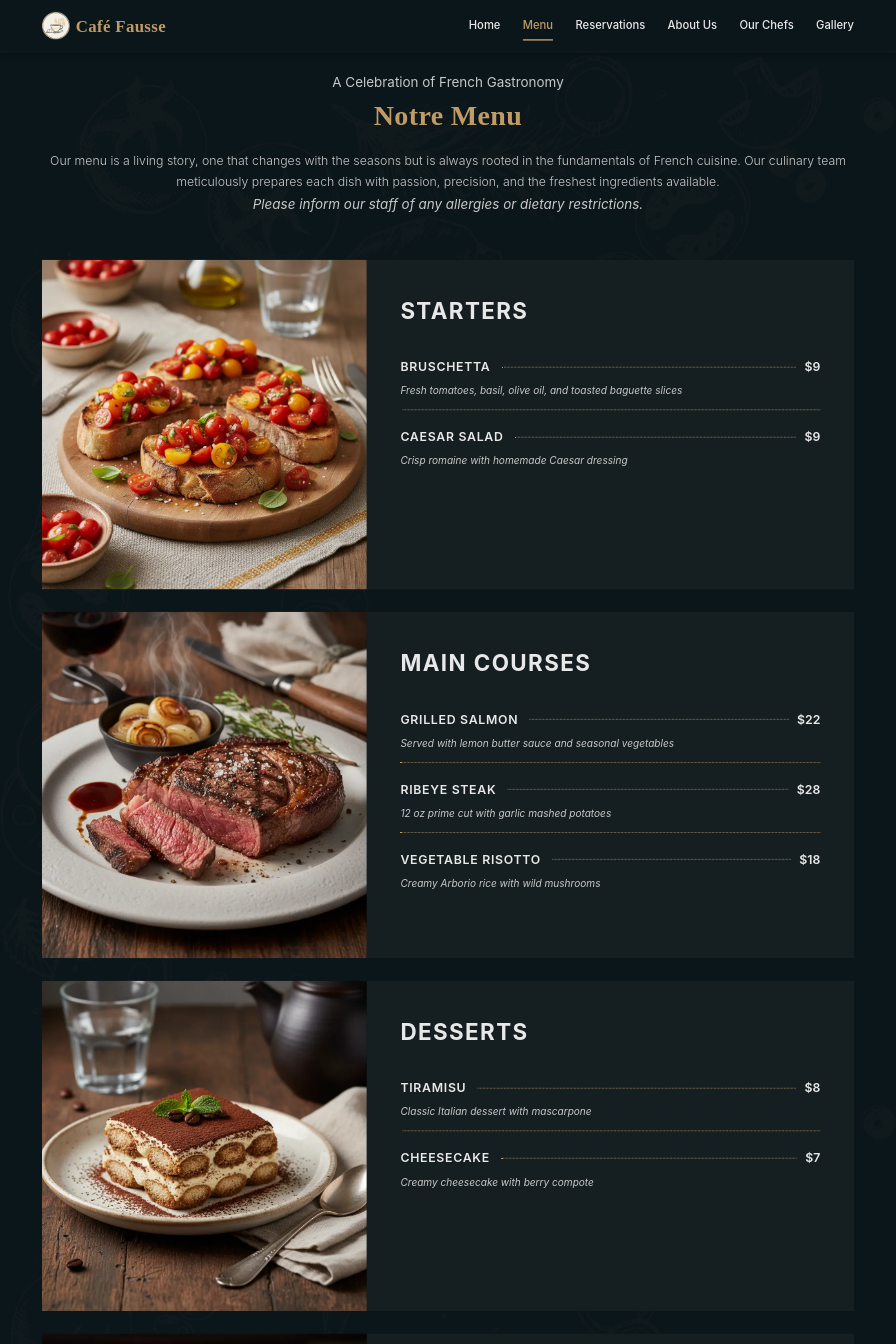
Repository: MatVanDenArt/MSSE-Cafe-Fausse
Page: /menu (app in frontend/)
The author's editor kept a copy of each file at every save. The page is drawn from the files as they stood at one save, then again after the next save.
The browser window is 1280 px wide. The pictures show the part of the page from y = 0 to 1920 px (the page is 2933 px tall before and 3030 px after), at 70% of full size.
The page's requests for data from a server got no answer. Backgrounds fixed to the window are drawn as part of the page. The project was rebuilt for these pictures with package versions that can differ from the ones it lists, and the page was loaded fresh each time. No one was signed in, and anything a server would have sent is missing. Also part of the build but not shown: frontend/src/pages/Home.css, frontend/src/pages/Home.js, frontend/src/pages/Reservations.css, frontend/src/pages/Reservations.js, frontend/src/pages/About.css, frontend/src/pages/About.js, frontend/src/pages/Gallery.css, frontend/src/pages/Gallery.js.

Above is the page before, as saved 2025-11-05 15:23:49.

After the next save:
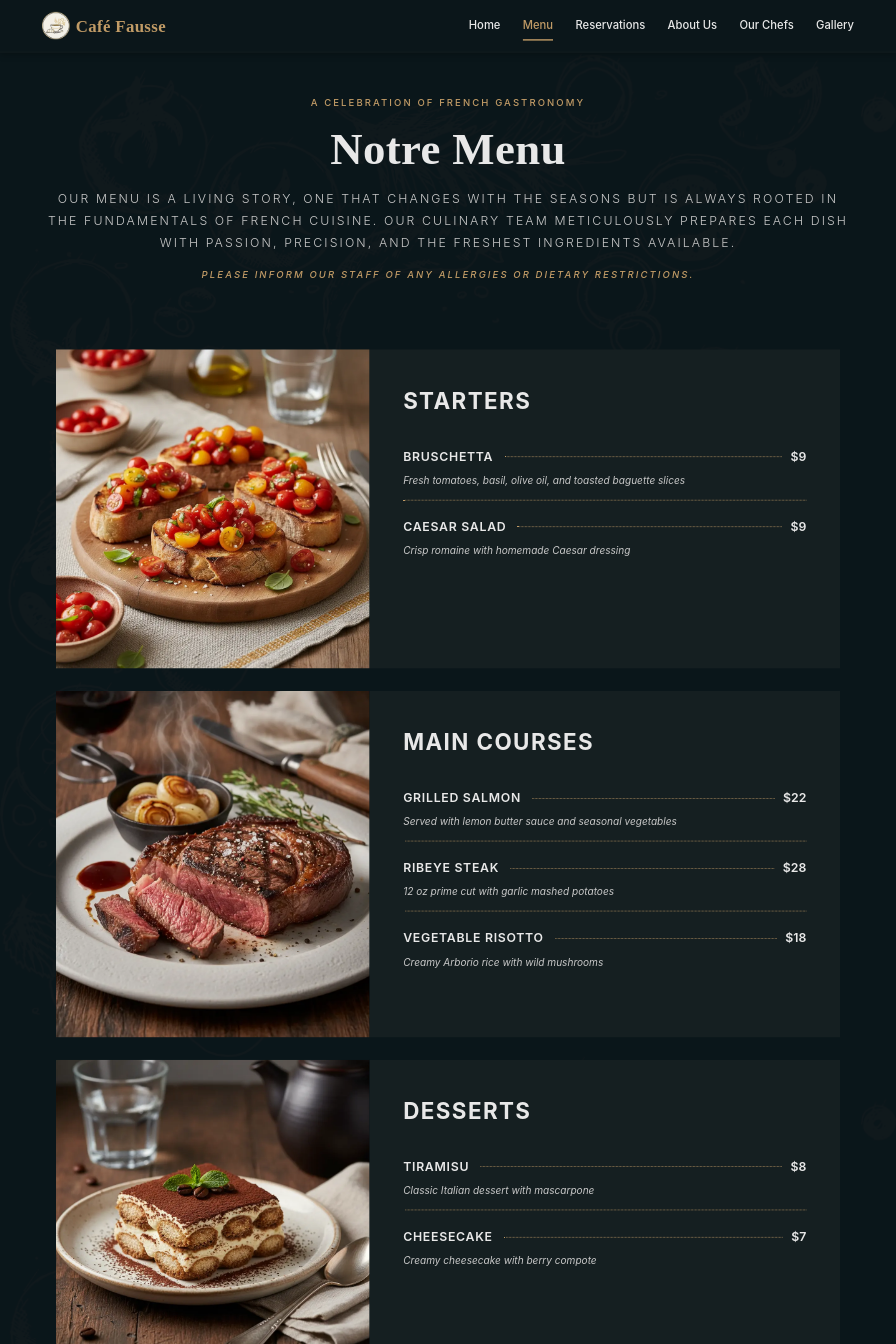
Saved 80 s later.
--- a/frontend/src/pages/Menu.css
+++ b/frontend/src/pages/Menu.css
@@ -30,6 +30,32 @@
 .menu-content {
   max-width: 1200px;
   margin: 4rem auto 0;
+  padding: 0 20px;
+}
+
+/* Hero Section */
+.menu .section-title {
+  text-align: center;
+  padding: 2rem 0 1rem;
+}
+
+.menu .section-title p {
+  font-size: 0.85rem;
+  text-transform: uppercase;
+  letter-spacing: 3px;
+  margin-bottom: 1rem;
+  font-weight: 500;
+  display: inline-block;
+  color: #c19b66;
+}
+
+.menu .section-title h1 {
+  font-size: 4rem;
+  color: #e8e8e8;
+  margin-bottom: 1rem;
+  font-family: "Cormorant Garamond", serif;
+  font-weight: 600;
+  line-height: 1.2;
 }
 
 .menu-section {
